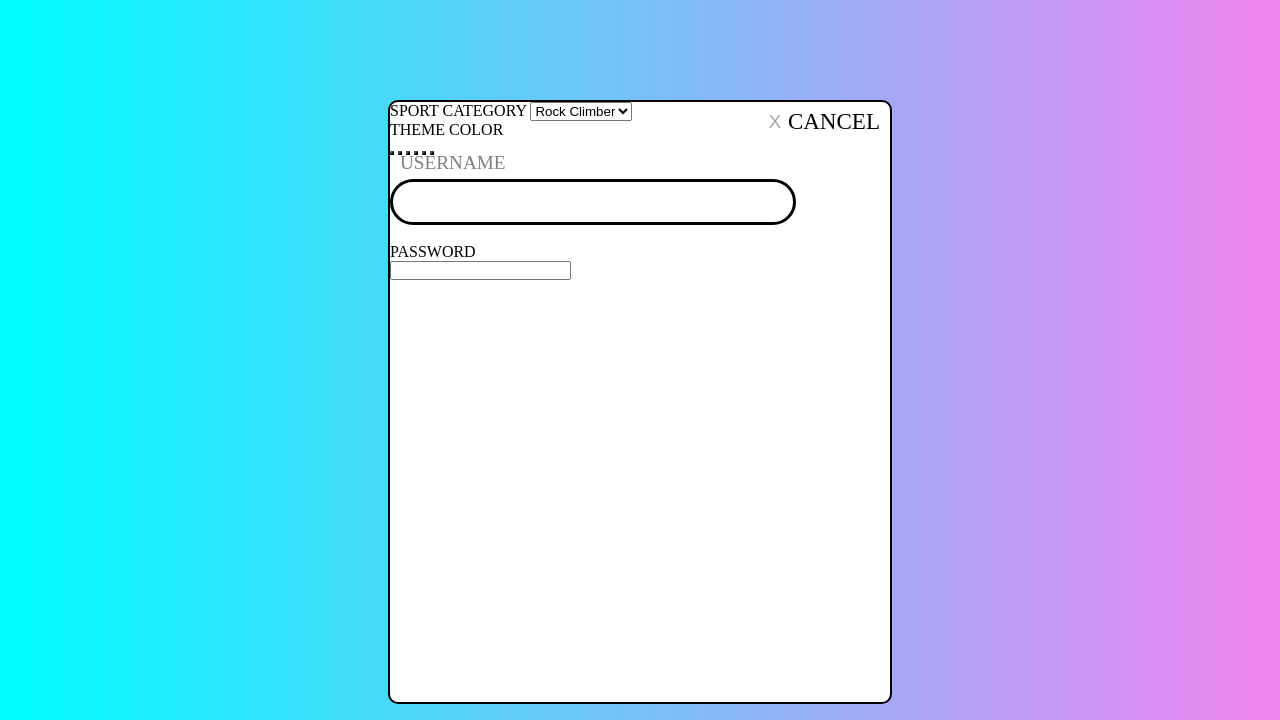
Repository: zRush1202/LoginPage-demo
Page: dom/exercise/login.html
The author's editor kept a copy of each file at every save. The page is drawn from the files as they stood at one save, then again after the next save.
The browser window is 1280 px wide. The pictures show the whole page.

Above is the page before, as saved 2023-09-17 09:30:36.

After the next save:
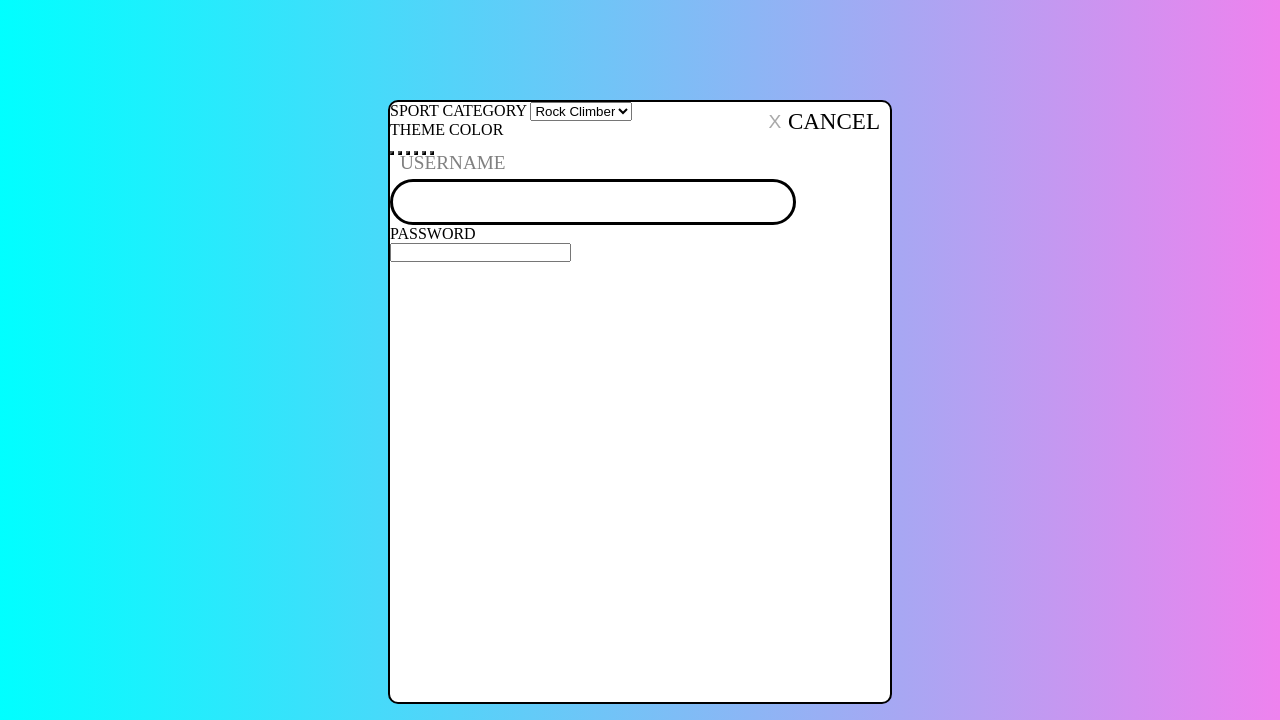
Saved 3 s later.
--- a/dom/exercise/login.css
+++ b/dom/exercise/login.css
@@ -51,9 +51,7 @@ body {
     border-radius: 50px;
     border: 3px solid black;
     margin-top: 5px;
-    display: flex;
-    justify-content: center;
-    align-items: center;
+
 }
 
 .us {
